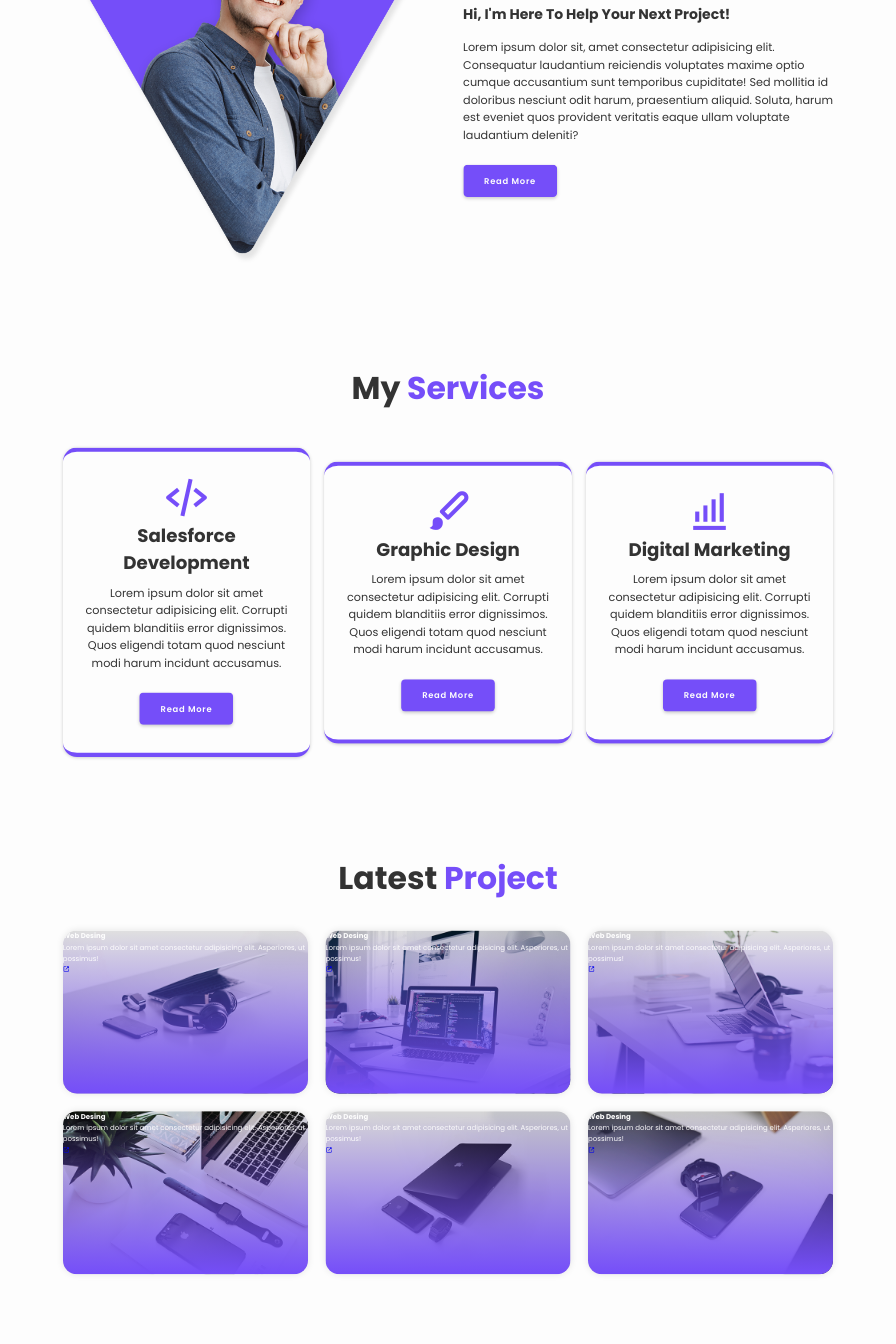
Repository: Gabi-Augusto/Portfolio
Page: index.html
The author's editor kept a copy of each file at every save. The page is drawn from the files as they stood at one save, then again after the next save.
The browser window is 1280 px wide. The pictures show the part of the page from y = 989 to 2909 px (the page is 2909 px tall), at 70% of full size.

Above is the page before, as saved 2023-11-29 19:14:08.

### index.html
<!DOCTYPE html>
<html lang="en">

<head>
    <meta charset="UTF-8">
    <meta http-equiv="X-UA-Compatible" content="IE=edge">
    <meta name="viewport" content="width=device-width, initial-scale=1.0">
    <title>Portfolio Website Design | Gabriela Augusto</title>

    <!-- swiper css -->
    <link rel="stylesheet" href="https://cdn.jsdelivr.net/npm/swiper@9/swiper-bundle.min.css" />

    <!-- box icons -->
    <link href='https://unpkg.com/boxicons@2.1.4/css/boxicons.min.css' rel='stylesheet'>

    <!-- custom css -->
    <link rel="stylesheet" href="css/style.css">
</head>

<body>

    <!-- header design -->
    <header class="header">
        <a href="#" class="logo">Portfolio.</a>

        <nav class="navbar">
            <a href="#home" class="active">Home</a>
            <a href="#about">About</a>
            <a href="#services">Services</a>
            <a href="#portfolio">Portfolio</a>
            <a href="#contact">Contact</a>
        </nav>

        <div class="bx bx-moon" id="darkMode-icon"></div>
    </header>

    <!-- home section design -->
    <section class="home" id="home">
        <div class="home-content">
            <h3>Hello, I am</h3>
            <h1>Gabriela Augusto</h1>
            <p>Lorem ipsum, dolor sit amet consectetur adipisicing elit. Veritatis sequi amet numquam sunt eius quae deleniti dolore voluptatum.</p>

            <div class="social-media">
                <a href="#"><i class='bx bxl-instagram-alt'></i></a>
                <a href="#"><i class='bx bxl-linkedin' ></i></a>
                <a href="#"><i class='bx bxl-github' ></i></a>
            </div>

            <a href="#" class="btn">Download CV</a>
        </div>

        <div class="profession-container">
            <div class="profession-box">
                <div class="profession" style="--i:0;">
                    <i class='bx bx-cloud'></i>
                    <h3>Salesforce Developer</h3>
                </div>
                <div class="profession" style="--i:1;">
                    <i class='bx bx-bulb'></i>
                    <h3>Business Analyst</h3>
                </div>
                <div class="profession" style="--i:2;">
                    <i class='bx bx-palette'></i>
                    <h3>Web Designer</h3>
                </div>
                <div class="profession" style="--i:3;">
                    <i class='bx bx-code-alt' ></i>
                    <h3>FullStack Developer</h3>
                </div>
                <div class="circle"></div>
            </div>
            <div class="overlay"></div>
        </div>
        <div class="home-img">
            <img src="imagens/home.png" alt="">
        </div>
    </section>

    <!-- about section design -->

    <section class="about" id="about">
        <div class="about-img">
            <img src="imagens/about.png" alt="">
        </div>

        <div class="about-content">
            <h2 class="heading">About <span>Me</span></h2>
            <h3>Hi, I'm Here To Help Your Next Project!</h3>
            <p>Lorem ipsum dolor sit, amet consectetur adipisicing elit. Consequatur laudantium reiciendis voluptates maxime optio cumque accusantium sunt temporibus cupiditate! Sed mollitia id doloribus nesciunt odit harum, praesentium aliquid. Soluta, harum est eveniet quos provident veritatis eaque ullam voluptate laudantium deleniti?</p>
            <a href="#" class="btn">Read More</a>
        </div>
    </section>

    <!-- services section design -->

    <section class="services" id="services">
        <h2 class="heading">My <span>Services</span></h2>

        <div class="services-container">
            <div class="services-box">
                <i class='bx bx-code-alt' ></i>
                <h3>Salesforce Development</h3>
                <p>Lorem ipsum dolor sit amet consectetur adipisicing elit. Corrupti quidem blanditiis error dignissimos. Quos eligendi totam quod nesciunt modi harum incidunt accusamus.</p>
                <a href="#" class="btn">Read More</a>
            </div>
            <div class="services-box">
                <i class='bx bxs-paint'></i>
                <h3>Graphic Design</h3>
                <p>Lorem ipsum dolor sit amet consectetur adipisicing elit. Corrupti quidem blanditiis error dignissimos. Quos eligendi totam quod nesciunt modi harum incidunt accusamus.</p>
                <a href="#" class="btn">Read More</a>
            </div>
            <div class="services-box">
                <i class='bx bx-bar-chart-alt'></i>
                <h3>Digital Marketing</h3>
                <p>Lorem ipsum dolor sit amet consectetur adipisicing elit. Corrupti quidem blanditiis error dignissimos. Quos eligendi totam quod nesciunt modi harum incidunt accusamus.</p>
                <a href="#" class="btn">Read More</a>
            </div>
        </div>
    </section>

    <!-- portfolio section design -->

    <section class="portfolio" id="portfolio">
        <h2 class="heading">Latest <span>Project</span></h2>

        <div class="portfolio-container">
            <div class="portfolio-box">
                <img src="imagens/portfolio1.jpg" alt="">

                <div class="portfolio-layer">
                    <h4>Web Desing</h4>
                    <p>Lorem ipsum dolor sit amet consectetur adipisicing elit. Asperiores, ut possimus!</p>
                    <a href="#"><i class='bx bx-link-external' ></i></a>
                </div>
            </div>

            <div class="portfolio-box">
                <img src="imagens/portfolio2.jpg" alt="">

                <div class="portfolio-layer">
                    <h4>Web Desing</h4>
                    <p>Lorem ipsum dolor sit amet consectetur adipisicing elit. Asperiores, ut possimus!</p>
                    <a href="#"><i class='bx bx-link-external' ></i></a>
                </div>
            </div>

            <div class="portfolio-box">
                <img src="imagens/portfolio3.jpg" alt="">

                <div class="portfolio-layer">
                    <h4>Web Desing</h4>
                    <p>Lorem ipsum dolor sit amet consectetur adipisicing elit. Asperiores, ut possimus!</p>
                    <a href="#"><i class='bx bx-link-external' ></i></a>
                </div>
            </div>

            <div class="portfolio-box">
                <img src="imagens/portfolio4.jpg" alt="">

                <div class="portfolio-layer">
                    <h4>Web Desing</h4>
                    <p>Lorem ipsum dolor sit amet consectetur adipisicing elit. Asperiores, ut possimus!</p>
                    <a href="#"><i class='bx bx-link-external' ></i></a>
                </div>
            </div>

            <div class="portfolio-box">
                <img src="imagens/portfolio5.jpg" alt="">

                <div class="portfolio-layer">
                    <h4>Web Desing</h4>
                    <p>Lorem ipsum dolor sit amet consectetur adipisicing elit. Asperiores, ut possimus!</p>
                    <a href="#"><i class='bx bx-link-external' ></i></a>
                </div>
            </div>

            <div class="portfolio-box">
                <img src="imagens/portfolio6.jpg" alt="">

                <div class="portfolio-layer">
                    <h4>Web Desing</h4>
                    <p>Lorem ipsum dolor sit amet consectetur adipisicing elit. Asperiores, ut possimus!</p>
                    <a href="#"><i class='bx bx-link-external' ></i></a>
                </div>
            </div>

        </div>
    </section>

    <!-- testimonial design -->

    <!-- contact section design -->

    <!-- footer design -->


    <!-- scroll reveal -->
    <script src="https://unpkg.com/scrollreveal"></script>

    <!-- swiper js -->
    <script src="https://cdn.jsdelivr.net/npm/swiper@9/swiper-bundle.min.js"></script>

    <!-- custom js -->
    <script src="js/script.js"></script>
</body>

</html>

### css/style.css
@import url('https://fonts.googleapis.com/css2?family=Poppins:wght@300;400;500;600;700;800;900&display=swap');

* {
    margin: 0;
    padding: 0;
    box-sizing: border-box;
    text-decoration: none;
    border: none;
    outline: none;
    scroll-behavior: smooth;
    font-family: 'Poppins', sans-serif;
}

:root {
    --bg-color: #fdfdfd;
    --text-color: #333;
    --main-color: #754ef9;
    --white-color: #fdfdfd;
    --shadow-color: rgba(0, 0, 0, .2);
}

html {
    font-size: 62.5%;
    overflow-x: hidden;
}

body {
    background: var(--bg-color);
    color: var(--text-color);
}

.header {
    position: fixed;
    top: 0;
    left: 0;
    width: 100%;
    padding: 2rem 7%;
    background: transparent;
    display: flex;
    align-items: center;
    z-index: 100;
    transition: .5s;
}

.header.sticky {
    background: var(--bg-color);
    box-shadow: 0 .1rem 1rem var(--shadow-color);
}

.logo {
    font-size: 2.5rem;
    color: var(--main-color);
    font-weight: 600;
    cursor: default;
    margin-right: auto;
}

.navbar a {
    position: relative;
    font-size: 1.7rem;
    color: var(--white-color);
    font-weight: 500;
    margin-right: 3.5rem;
}

.header.sticky .navbar a {
    color: var(--text-color);
}

.header.sticky .navbar a.active {
    color: var(--main-color);
}

.navbar a.active::before{
    content: '';
    position: absolute;
    left: 0;
    bottom: -6px;
    width: 100%;
    height: .2rem;
    background: var(--white-color);
}

.header.sticky .navbar a::before {
    background: var(--main-color);
    opacity: .7;
}

#darkMode-icon {
    font-size: 2.4rem;
    color: var(--white-color);
    cursor: pointer;
}

.header.sticky #darkMode-icon{
    color: var(--text-color);
    opacity: .9;
}

section {
    min-height: 100vh;
    padding: 7rem 7% 2rem;
}

.home {
    display: flex;
    align-items: center;
}

.home .home-content {
    max-width: 44rem;
}

.home-content h3 {
    font-size: 3.2rem;
    font-weight: 700;
    line-height: .3;
}

.home-content h1 {
    font-size: 4.8rem;
    font-weight: 700;
    margin-bottom: .3rem;
}

.home-content p {
    font-size: 1.6rem;
}

.home-content .social-media a {
    display: inline-flex;
    justify-content: center;
    align-items: center;
    width: 4rem;
    height: 4rem;
    background: transparent;
    border: .2rem solid var(--main-color);
    border-radius: 50%;
    box-shadow: 0 .2rem .5rem  var(--shadow-color);
    font-size: 2rem;
    color: var(--main-color);
    margin: 2.5rem 1.5rem 3rem 0;
    transition: .5s ease;
}

.home-content .social-media a:hover {
    background: var(--main-color);
    color: var(--white-color);
}

.btn {
    display: inline-block;
    padding: 1.2rem 2.8rem;
    background: var(--main-color);
    border-radius: .6rem;
    box-shadow: 0 .2rem .5rem var(--shadow-color);
    font-size: 1.2rem;
    color: var(--white-color);
    letter-spacing: .1rem;
    font-weight: 600;
    border: .2rem solid transparent;
    transition: .5s ease;
}

.btn:hover {
    background: transparent;
    color: var(--main-color);
    border-color: var(--main-color);
}

.home .profession-container {
    position: absolute;
    top: 48%;
    right: 30px;
    transform: translateY(-50%);
    width: 680px;
    height: 680px;
    overflow: hidden;
    pointer-events: none;
}

.home .profession-container .profession-box {
    position: absolute;
    top: 0;
    right: 0;
    width: 680px;
    height: 680px;
    border-radius: 50%;
    display: flex;
    justify-content: center;
    align-items: center;
}

.home .profession-box .profession {
    position: absolute;
    left: 0;
    display: flex;
    align-items: center;
    flex-direction: column;
    color: var(--main-color);
    transform: rotate(calc(360deg / 4 * var(--i)));
    transform-origin: 340px;
    background: var(--bg-color);
    padding: 13px 0;
}

.home .profession-box .profession:nth-child(1) i {
    margin-right: 15px;
}

.home .profession-box .profession:nth-child(2),
.home .profession-box .profession:nth-child(4) {
    padding-bottom: 20px;
}

.home .profession i {
    font-size: 3.8rem;
}

.home .profession h3 {
    font-size: 2.4rem;
    line-height: 1;
    font-weight: 600;
}

.home .profession-box .circle {
    width: 520px;
    height: 520px;
    border: 3px solid var(--main-color);
    border-radius: 50%;
}

.home .profession-container .overlay {
    position: absolute;
    top: 0;
    right: 0;
    width: 0;
    height: 0;
    border-top: 340px solid var(--main-color);
    border-right: 340px solid var(--main-color);
    border-bottom: 340px solid var(--main-color);
    border-left: 340px solid transparent;
}

.home-img img {
    position: absolute;
    bottom: 0;
    top: 83px;
    right: 70px;
    width: 29%;
    pointer-events: none;
}

span {
    color: var(--main-color);
}

.about {
    display: flex;
    justify-content: center;
    align-items: center;
    gap: 6rem;
}

.about-img img {
    width: 40vw;
}

.heading {
    font-size: 4.5rem;
    text-align: center;
}

.about-content h2 {
    text-align: left;
    line-height: 1.2;
}

.about-content h3 {
    font-size: 2rem;
}

.about-content p {
    font-size: 1.6rem;
    margin: 2rem 0 3rem;
}

.services {
    min-height: auto;
    padding-bottom: 7rem;
}

.services h2 {
    margin-bottom: 5rem;
}

.services .services-container {
    display: flex;
    justify-content: center;
    align-items: center;
    flex-wrap: wrap;
    gap: 2rem;
}

.services-container .services-box {
    flex: 1 1 30rem;
    background: var(--bg-color);
    padding: 3rem 2rem 4rem;
    border-radius: 2rem;
    box-shadow: 0 .1rem .5rem var(--shadow-color);
    text-align: center;
    border-top: .6rem solid var(--main-color);
    border-bottom: .6rem solid var(--main-color);
    transition: .5s ease;
}

.services-container .services-box:hover {
    box-shadow: 0 .1rem 2rem var(--shadow-color);
    transform: scale(1.02);
}

.services-box i {
    font-size: 7rem;
    color: var(--main-color);
}

.services-box h3 {
    font-size: 2.6rem;
    transition: .5s ease;
}

.services-box:hover h3 {
    color: var(--main-color);
}

.services-box p {
    font-size: 1.6rem;
    margin: 1rem 0 3rem;
}

.portfolio {
    padding-bottom: 10rem;
}

.portfolio h2 {
    margin-bottom: 4rem;
}

.portfolio .portfolio-container {
    display: grid;
    grid-template-columns: repeat(3, 1fr);
    align-items: center;
    gap: 2.5rem;
}

.portfolio-container .portfolio-box{
    position: relative;
    display: flex;
    border-radius: 2rem;
    box-shadow: 0 0 1rem rgba(0, 0, 0, .1);
    overflow: hidden;
}

.portfolio-box img {
    width: 100%;
}

.portfolio-box .portfolio-layer {
    position: absolute;
    bottom: 0;
    left: 0;
    width: 100%;
    height: 100%;
    background: linear-gradient(rgba(0, 0, 0, .1), var(--main-color));
    color: var(--white-color);
}

### js/script.js
/*========== menu icon navbar ==========*/
let menuIcon = document.querySelector('#menu-icon');
let navbar = document.querySelector('.navbar');


/*========== scroll sections active link ==========*/
let sections = document.querySelectorAll('section');
let navLinks = document.querySelectorAll('header nav a');

window.onscroll = () => {
    /*========== sticky navbar ==========*/
    let header = document.querySelector('.header');

    header.classList.toggle('sticky', window.scrollY > 100);
    /*========== remove menu icon navbar when click navbar link (scroll) ==========*/
};


/*========== swiper ==========*/


/*========== dark light mode ==========*/


/*========== scroll reveal ==========*/

After the next save:
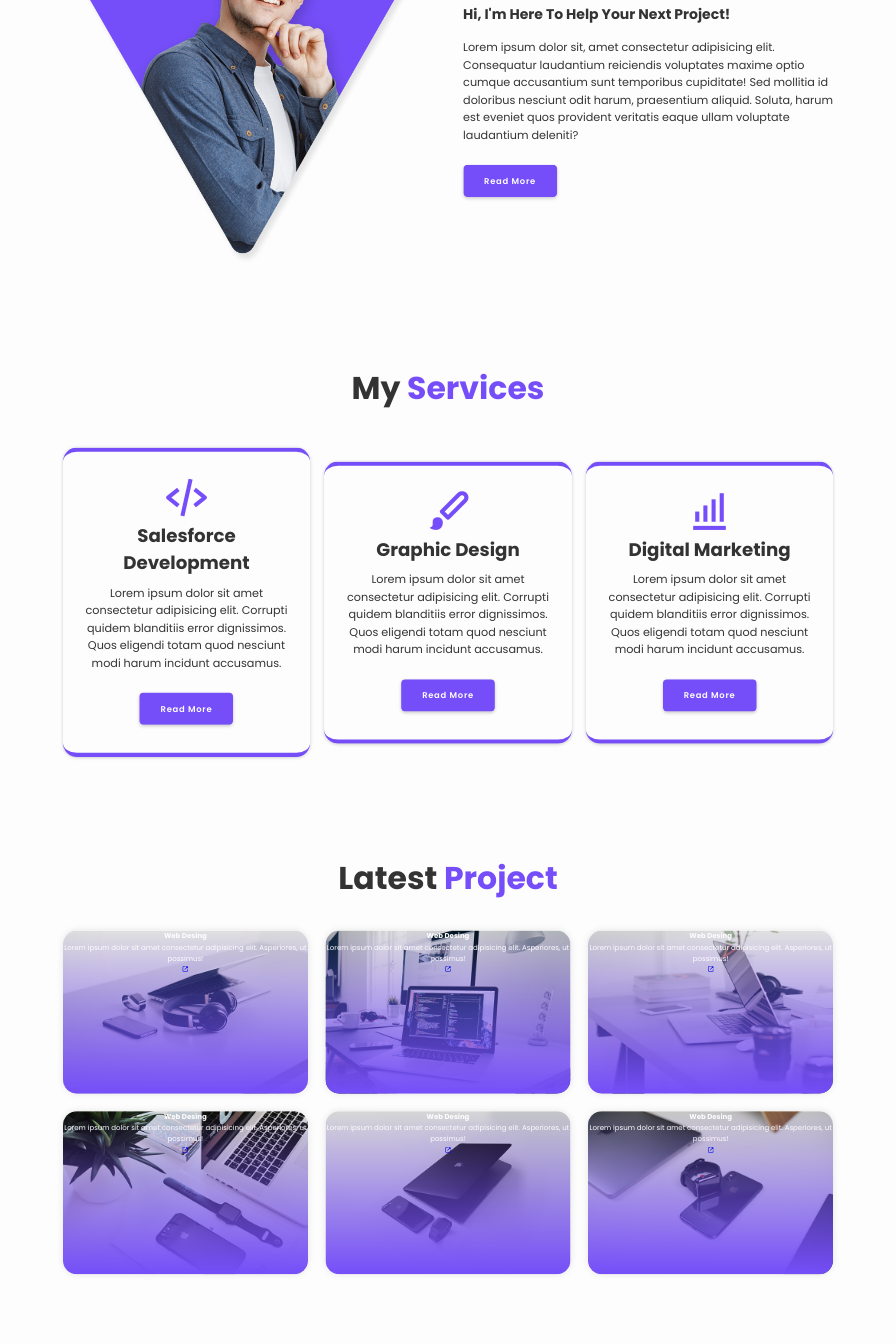
Saved 72 s later.
--- a/css/style.css
+++ b/css/style.css
@@ -373,4 +373,8 @@ span {
     height: 100%;
     background: linear-gradient(rgba(0, 0, 0, .1), var(--main-color));
     color: var(--white-color);
-}
+    display: flex;
+    align-items: center;
+    flex-direction: column;
+    text-align: center;
+}
